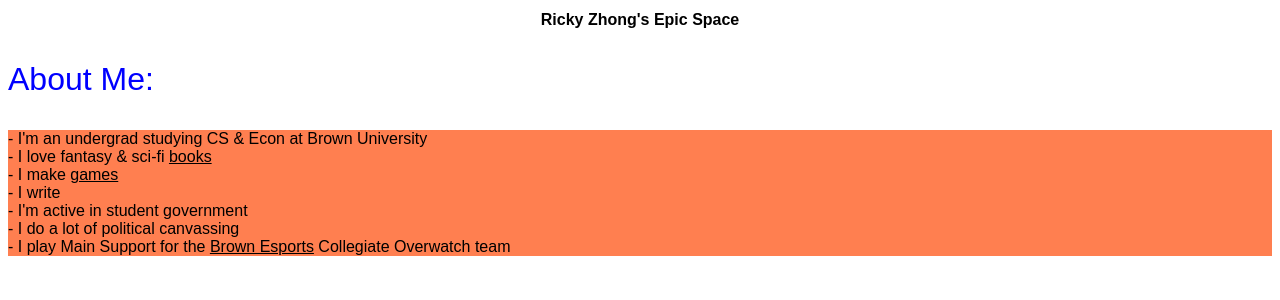
Repository: rickydaricky/rickydaricky.github.io
Page: index.html
The author's editor kept a copy of each file at every save. The page is drawn from the files as they stood at one save, then again after the next save.
The browser window is 1280 px wide. The pictures show the whole page.

Above is the page before, as saved 2021-11-26 02:39:59.

### index.html
<!DOCTYPE html>

<head>
    <meta charset="UTF-8">
    <meta name="viewport" content="width=device-width, initial-scale=1.0">
    <link rel="stylesheet" href="main.css" type="text/css">
    <title>Homepage</title>
</head>

<html>
  <body>
    <h1 style="text-align: center;">Ricky Zhong's Epic Space</h1>
    <p style="font-size: 200%; color: blue;">About Me:</p>
    <p style="background-color: coral;">
      - I'm an undergrad studying CS & Econ at Brown University
      <br />
      - I love fantasy & sci-fi
      <a href="https://goodreads.com/rickydaricky">books</a>
      <br />
      - I make
      <a href="https://rickydaricky.itch.io/">games</a>
      <br />
      - I write
      <br />
      - I'm active in student government
      <br />
      - I do a lot of political canvassing
      <br />
      - I play Main Support for the
      <a href="https://brownesports.org/">Brown Esports</a>
      Collegiate Overwatch team
    </p>
  </body>
</html>

### main.css
p {
  text-align: justify;
  font-size: 200%;
}

html * {
  font-size: 16px;
  color: black;
  font-family: Nunito, sans-serif;
}

.about {
    font-size: 200%;
    color: blue;
}

After the next save:
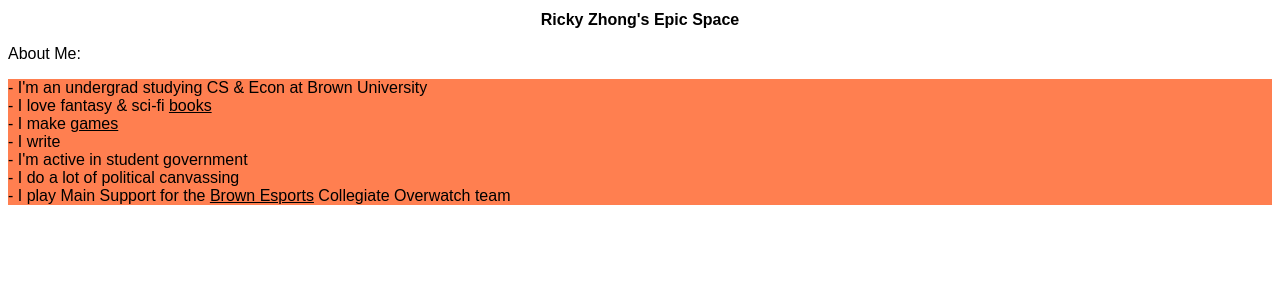
Saved 2 s later.
--- a/index.html
+++ b/index.html
@@ -10,7 +10,7 @@
 <html>
   <body>
     <h1 style="text-align: center;">Ricky Zhong's Epic Space</h1>
-    <p style="font-size: 200%; color: blue;">About Me:</p>
+    <p style="">About Me:</p>
     <p style="background-color: coral;">
       - I'm an undergrad studying CS & Econ at Brown University
       <br />

After the save that followed:
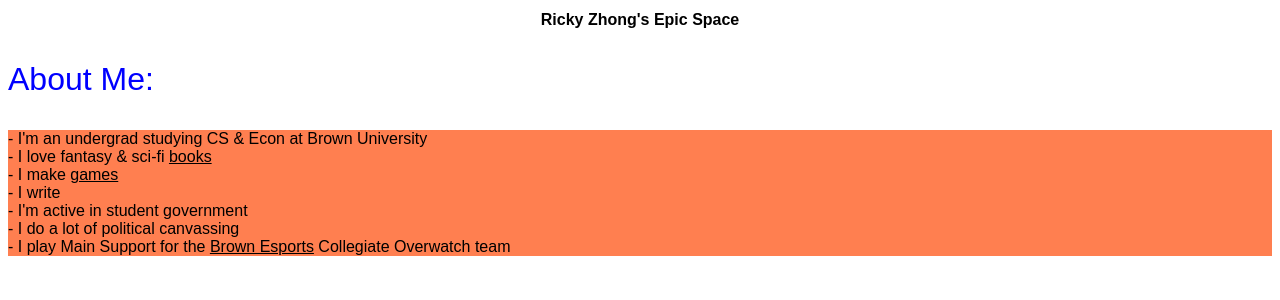
Saved 6 s later.
--- a/index.html
+++ b/index.html
@@ -10,7 +10,7 @@
 <html>
   <body>
     <h1 style="text-align: center;">Ricky Zhong's Epic Space</h1>
-    <p style="">About Me:</p>
+    <p class=about>About Me:</p>
     <p style="background-color: coral;">
       - I'm an undergrad studying CS & Econ at Brown University
       <br />
